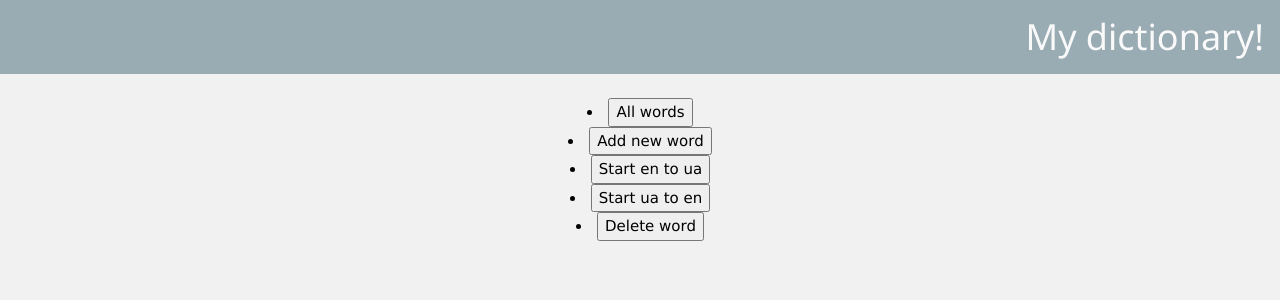
Repository: OleksandrDoskaliukKN313/IIC
Page: WebDictionary/WebContent/index.html
The author's editor kept a copy of each file at every save. The page is drawn from the files as they stood at one save, then again after the next save.
The browser window is 1280 px wide. The pictures show the whole page.

Above is the page before, as saved 2020-10-12 09:49:09.

### WebDictionary/WebContent/index.html
<!DOCTYPE html>
<html>
<head>
<meta charset="UTF-8">
<title>Insert title here</title>
<link rel="stylesheet" href="w3.css">
</head>
<body class="w3-light-grey">
<div class="w3-container w3-blue-grey w3-opacity w3-right-align">
        <h1>My dictionary!</h1>
    </div>
    <div class="w3-container w3-center">       <!-- content -->
        <div class="w3-bar w3-padding-large w3-padding-24">    <!-- buttons holder -->
            <li><button onclick="location.href='allWords'">All words</button></li>
            <li><button onclick="location.href='addWord'">Add new word</button></li>
            <li><button onclick="location.href='en_ua'">Start en to ua</button></li>
            <li><button onclick="location.href='ua_en'">Start ua to en</button></li>
            <li><button onclick="location.href='deleteWord'">Delete word</button>
        </div>
    </div>
</body>
</html>

Loaded but not shown: WebDictionary/WebContent/w3.css (library)

After the next save:
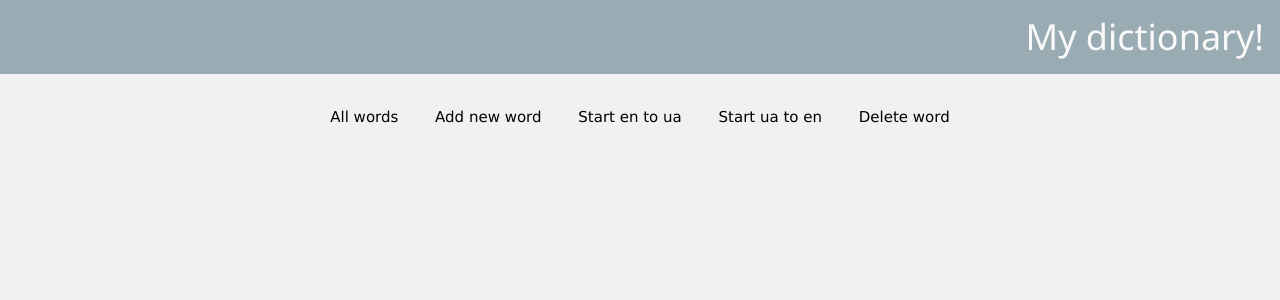
Saved 3 min 26 s later.
--- a/WebDictionary/WebContent/index.html
+++ b/WebDictionary/WebContent/index.html
@@ -11,11 +11,11 @@
     </div>
     <div class="w3-container w3-center">       <!-- content -->
         <div class="w3-bar w3-padding-large w3-padding-24">    <!-- buttons holder -->
-            <li><button onclick="location.href='allWords'">All words</button></li>
-            <li><button onclick="location.href='addWord'">Add new word</button></li>
-            <li><button onclick="location.href='en_ua'">Start en to ua</button></li>
-            <li><button onclick="location.href='ua_en'">Start ua to en</button></li>
-            <li><button onclick="location.href='deleteWord'">Delete word</button>
+            <button class="w3-btn w3-hover-green w3-round-large" onclick="location.href='allWords'">All words</button>
+            <button class="w3-btn w3-hover-green w3-round-large" onclick="location.href='addWord'">Add new word</button>
+            <button class="w3-btn w3-hover-green w3-round-large" onclick="location.href='en_ua'">Start en to ua</button>
+            <button class="w3-btn w3-hover-green w3-round-large" onclick="location.href='ua_en'">Start ua to en</button>
+            <button class="w3-btn w3-hover-green w3-round-large" onclick="location.href='deleteWord'">Delete word</button>
         </div>
     </div>
 </body>
